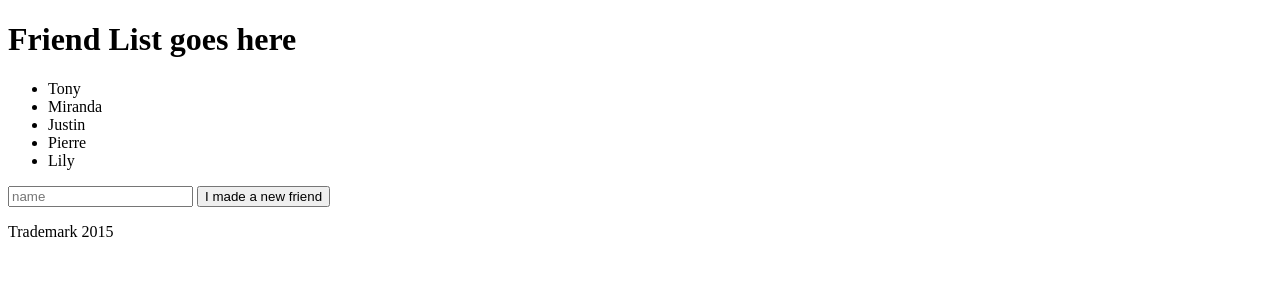
Repository: sanjansawant/Web-Developer-Bootcamp
Page: http://localhost/friends
The author's editor kept a record of every edit. The page is drawn from the files as they stood at one moment, then again after the next edit.
The browser window is 1280 px wide. The pictures show the whole page.
The page is served by the project's Node server (moreExpress/PostRequestDemo/app.js).

Above is the page before.

### moreExpress/PostRequestDemo/views/friends.ejs

<% include partials/header %>
<h1>Friend List goes here</h1>


<ul>

    <% for(var i=0;i<friends.length;i++){ %>

        <li><%= friends[i] %></li>

        <% } %>

    </ul>

    <form action="/addFriend" method="POST">
        <input type="text" name="newFriend" placeholder="name">
        <button>I made a new friend</button>

        </form>


<% include partials/footer %>

### moreExpress/PostRequestDemo/views/partials/header.ejs
<!DOCTYPE html>
<html>
    <head>
        <title>POST REQUEST DEMO</title>
        <link rel="stylesheet" type="text/css" href="">
        </head

        <body>

### moreExpress/PostRequestDemo/views/partials/footer.ejs

<p>Trademark 2015</p>
</body>
</html>

### moreExpress/PostRequestDemo/app.js
var express=require("express");
var app=express();

var bodyParser=require("body-parser");
app.use(bodyParser.urlencoded({extended: true}));

app.set("view engine","ejs");
app.use(express.static("public"));
var friends=["Tony","Miranda","Justin","Pierre","Lily"];

app.get("/",function(req,res){
   res.render("home");
});

app.get("/friends",function(req,res){


   res.render("friends",{friends:friends});
});

app.post("/addFriend",function(req,res){
  var newFriend=req.body.newFriend;
  friends.push(newFriend);
   res.redirect("/friends");
});


app.listen(process.env.PORT, process.env.IP,function(){
   console.log("Connected");
});

### moreExpress/public/app.css
body{
    background:yellow;
    color:purple;
}

After the next edit:
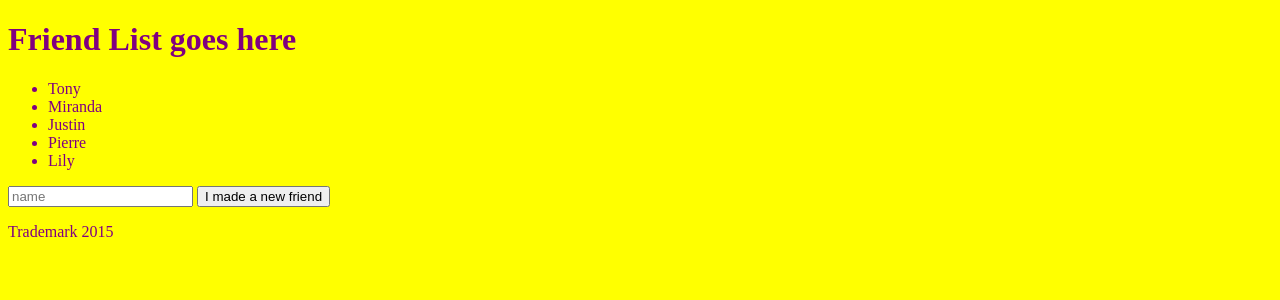
The edit:
--- a/moreExpress/PostRequestDemo/views/partials/header.ejs
+++ b/moreExpress/PostRequestDemo/views/partials/header.ejs
@@ -2,7 +2,7 @@
 <html>
     <head>
         <title>POST REQUEST DEMO</title>
-        <link rel="stylesheet" type="text/css" href="">
-        </head
+        <link rel="stylesheet" type="text/css" href="/app.css">
+        </head>
 
         <body>
